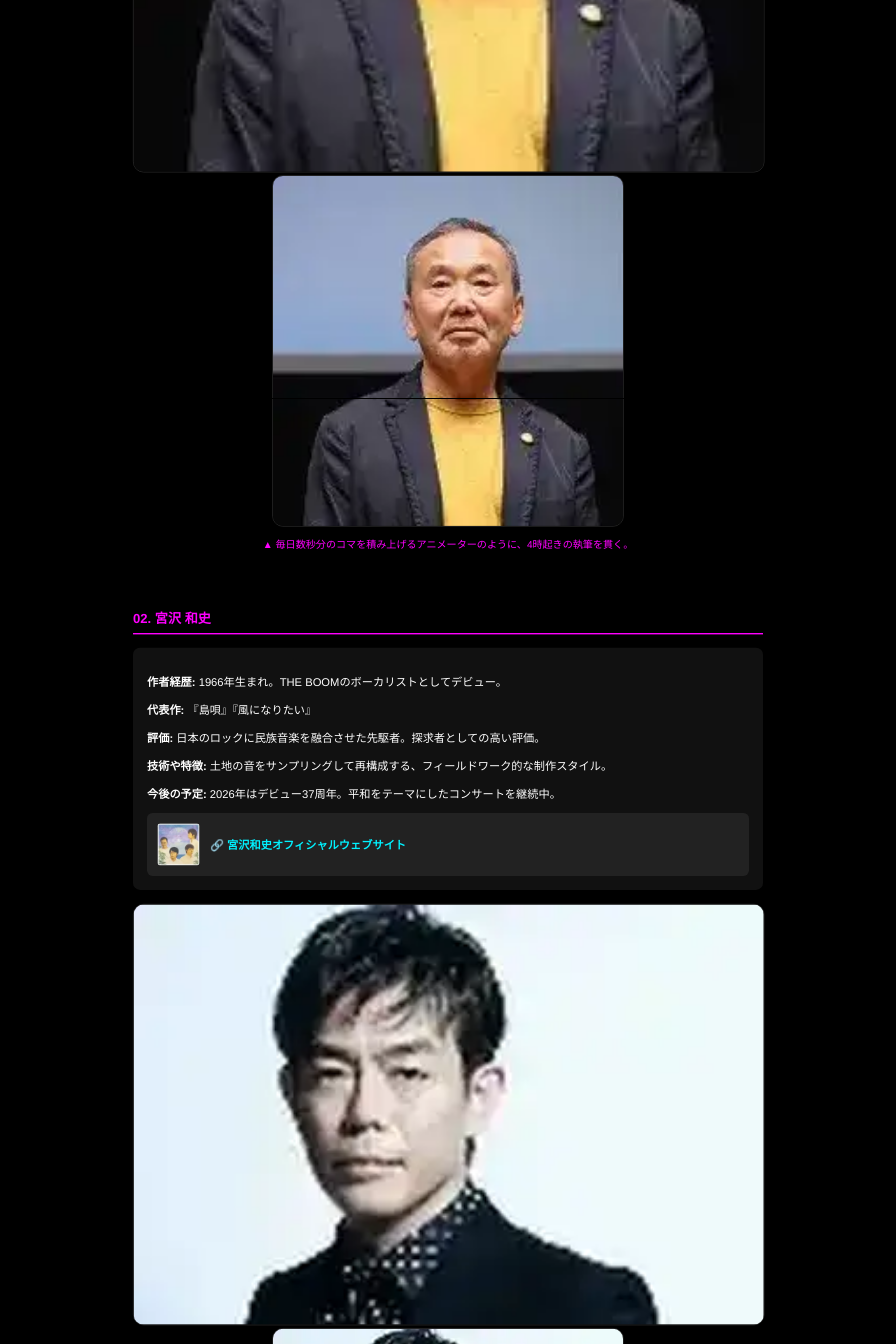
Repository: hamagoro/my-animation-site
Page: episodes/vol12.html
An editor plug-in stored every save of this project. The page is shown before and after the next save, followed by the edit.
The browser window is 1280 px wide. The pictures show the part of the page from y = 2336 to 4256 px (the page is 15620 px tall before and 12245 px after), at 70% of full size.

Above is the page before, as saved 2026-02-01 08:31:14.

### episodes/vol12.html
<!DOCTYPE html>
<html lang="ja">
<head>
    <meta charset="UTF-8">
    <meta name="viewport" content="width=device-width, initial-scale=1.0">

    <meta property="og:title" content="vol.12 ストップモーションの精神と通じる表現者たち">
    <meta property="og:description" content="村上春樹から村田沙也加まで。物質を刻み、命を偽造する『職人』たちの共通点。">
    <meta property="og:type" content="article">
    <meta property="og:url" content="https://hamagoro.github.io/my-animation-site/episodes/vol12.html">
    <meta property="og:image" content="https://hamagoro.github.io/my-animation-site/images/vol12/main-visual.webp">
    <meta property="og:site_name" content="ストップモーションアニメ通信">
    <link rel="icon" href="../images/logo2.webp" type="image/webp">

    <title>vol.12 表現者たちのコマ撮り精神 - ストップモーションアニメ通信</title>
    <link rel="stylesheet" href="../style.css">
</head>
<body style="background-color: #000; color: #fff;">

    <header class="main-header">
        <img src="../images/logo.webp" alt="The Animeda! Project" class="header-logo">
        <h1 class="header-title">ストップモーションアニメ通信</h1>
        <p class="header-subtitle">物質と魂が交差する、1fpsのアーカイブ</p>
    </header>

    <nav style="padding: 10px; display: flex; justify-content: space-between; font-weight: bold; max-width: 900px; margin: 0 auto; border-bottom: 1px solid #333; font-size: 0.8rem;">
        <a href="../index.html" style="color: #00f2ff; text-decoration: none;">← BACK TO INDEX</a>
        <div>
            <a href="vol11.html" style="color: #ff00ff; text-decoration: none; margin-right: 10px; white-space: nowrap;">← 前のVol.11へ</a>
            <a href="vol13.html" style="color: #ff00ff; text-decoration: none; white-space: nowrap;">次のVol.13へ →</a>
        </div>
    </nav>

    <article class="episode-container" style="max-width: 900px; margin: 0 auto; padding: 40px; text-align: left;">

        <header class="episode-header" style="margin-bottom: 60px;">
            <p style="color: #ff00ff; margin-bottom: 5px; font-weight: bold;">Vol.12 / The Creators' Spirit Special</p>
            <h2 style="font-size: 2.5rem; border-left: 8px solid #00f2ff; padding-left: 20px; line-height: 1.2; text-shadow: 0 0 10px rgba(0,242,255,0.5);">
                ストップモーションの精神と<br>通じる表現者たち
            </h2>
            <p class="date" style="margin-top: 15px; color: #888;">2026.01.25 UP</p>
        </header>

    <div style="margin-bottom: 40px; padding: 20px; background: #111; border-radius: 10px; font-size: 0.9rem; color: #ccc; line-height: 1.6; border: 1px solid #00f2ff;">
        <p style="margin: 0;"><strong>収録人物：</strong><br>
        【日本】村上春樹、宮沢和史、の子、マキシマムザ亮君、平田オリザ、宇多丸<br>
        【アメリカ】ウディ・アレン</p>
    </div>

        <section class="top-link-area" style="margin-bottom: 70px; padding: 30px; background: #1a1a1a; border-radius: 15px; border: 2px solid #ff00ff; box-shadow: 0 0 20px rgba(255, 0, 255, 0.2);">
            <h3 style="color: #ff00ff; margin-top: 0;">🤖 Gemini Analysis：共通する「コマ撮り」的狂気</h3>
            <p style="line-height: 1.8; color: #ccc;">
                今回選ばれた表現者たちに共通するのは、<strong>「時間の解体と再構築」</strong>への偏執的なこだわりです。1秒間に24回の静止を積み重ねるストップモーションのように、彼らは日常の断片を細かく刻み、独自の理論と手触りをもって、新しい「命」を吹き込みます。
            </p>
        </section>

        <section style="margin-bottom: 80px;">
            <h3 style="color: #00f2ff; border-bottom: 2px solid #00f2ff; padding-bottom: 10px;">01. 村上 春樹</h3>
            <div style="background: #111; padding: 20px; border-radius: 10px; margin-bottom: 20px;">
                <p><strong>作者経歴:</strong> 1949年生まれ。早稲田大学卒、ジャズ喫茶経営を経てデビュー。</p>
                <p><strong>代表作:</strong> 『ノルウェイの森』『1Q84』『海辺のカフカ』</p>
                <p><strong>評価:</strong> 世界で最も著名な現代日本作家の一人。ノーベル文学賞候補の常連。</p>
                <p><strong>技術や特徴:</strong> 規則正しい生活ルーチンによる執筆。現実と非現実が混ざり合う「マジックリアリズム」。</p>
                <p><strong>今後の予定:</strong> 新たな中編小説の翻訳やエッセイ集の出版が期待されています。</p>
                <a href="https://www.shinchosha.co.jp/harukimurakami/" target="_blank" style="display: flex; align-items: center; gap: 15px; text-decoration: none; background: #222; padding: 15px; border-radius: 8px; margin-top: 15px;">
                    <img src="../images/vol12/murakami1.webp" alt="thumb" style="width: 60px; height: 60px; object-fit: cover; border-radius: 4px;">
                    <span style="color: #00f2ff; font-weight: bold;">🔗 村上春樹 | 新潮社公式サイト</span>
                </a>
            </div>
            <div style="text-align: center;">
                <a href="https://www.shinchosha.co.jp/harukimurakami/" target="_blank">
                    <img src="../images/vol12/murakami.webp" alt="Haruki Murakami" style="width: 100%; border-radius: 15px; border: 1px solid #333;">
                    <img src="../images/vol12/murakami.webp" alt="Haruki Murakami" style="width: 100%; max-width: 500px; border-radius: 15px; border: 1px solid #333;">
                </a>
                <p style="font-size: 0.9rem; color: #ff00ff; margin-top: 10px;">▲ 毎日数秒分のコマを積み上げるアニメーターのように、4時起きの執筆を貫く。</p>
            </div>
        </section>

        <section style="margin-bottom: 80px;">
            <h3 style="color: #ff00ff; border-bottom: 2px solid #ff00ff; padding-bottom: 10px;">02. 宮沢 和史</h3>
            <div style="background: #111; padding: 20px; border-radius: 10px; margin-bottom: 20px;">
                <p><strong>作者経歴:</strong> 1966年生まれ。THE BOOMのボーカリストとしてデビュー。</p>
                <p><strong>代表作:</strong> 『島唄』『風になりたい』</p>
                <p><strong>評価:</strong> 日本のロックに民族音楽を融合させた先駆者。探求者としての高い評価。</p>
                <p><strong>技術や特徴:</strong> 土地の音をサンプリングして再構成する、フィールドワーク的な制作スタイル。</p>
                <p><strong>今後の予定:</strong> 2026年はデビュー37周年。平和をテーマにしたコンサートを継続中。</p>
                <a href="https://www.miyazawa-kazufumi.jp/" target="_blank" style="display: flex; align-items: center; gap: 15px; text-decoration: none; background: #222; padding: 15px; border-radius: 8px; margin-top: 15px;">
                    <img src="../images/vol12/miyazawa1.webp" alt="thumb" style="width: 60px; height: 60px; object-fit: cover; border-radius: 4px;">
                    <span style="color: #00f2ff; font-weight: bold;">🔗 宮沢和史オフィシャルウェブサイト</span>
                </a>
            </div>
            <div style="text-align: center;">
                <a href="https://www.miyazawa-kazufumi.jp/" target="_blank">
                    <img src="../images/vol12/miyazawa.webp" alt="Kazufumi Miyazawa" style="width: 100%; border-radius: 15px; border: 1px solid #333;">
                    <img src="../images/vol12/miyazawa.webp" alt="Kazufumi Miyazawa" style="width: 100%; max-width: 500px; border-radius: 15px; border: 1px solid #333;">
                </a>
                <p style="font-size: 0.9rem; color: #00f2ff; margin-top: 10px;">▲ 伝統的な「素材」に、新しいリズムという「動き」を宿らせる職人。</p>
            </div>
        </section>

        <section style="margin-bottom: 80px;">
            <h3 style="color: #00f2ff; border-bottom: 2px solid #00f2ff; padding-bottom: 10px;">03. ウディ・アレン</h3>
            <div style="background: #111; padding: 20px; border-radius: 10px; margin-bottom: 20px;">
                <p><strong>作者経歴:</strong> 1935年生まれ。コメディライターを経て映画監督へ。</p>
                <p><strong>代表作:</strong> 『アニー・ホール』『ミッドナイト・イン・パリ』</p>
                <p><strong>評価:</strong> 知的なユーモアと神経症的なキャラクター描写の巨匠。</p>
                <p><strong>技術や特徴:</strong> 毎年1本映画を撮り続ける多作さ。アナログな質感へのこだわり。</p>
                <p><strong>今後の予定:</strong> 引退説を否定しつつ、欧州での新作製作を模索中。</p>
                <a href="https://www.woodyallen.com/" target="_blank" style="display: flex; align-items: center; gap: 15px; text-decoration: none; background: #222; padding: 15px; border-radius: 8px; margin-top: 15px;">
                    <img src="../images/vol12/woody1.webp" alt="thumb" style="width: 60px; height: 60px; object-fit: cover; border-radius: 4px;">
                    <span style="color: #00f2ff; font-weight: bold;">🔗 Woody Allen Official Website</span>
                </a>
            </div>
            <div style="text-align: center;">
                <a href="https://www.woodyallen.com/" target="_blank">
                    <img src="../images/vol12/woody.webp" alt="Woody Allen" style="width: 100%; border-radius: 15px; border: 1px solid #333;">
                    <img src="../images/vol12/woody.webp" alt="Woody Allen" style="width: 100%; max-width: 500px; border-radius: 15px; border: 1px solid #333;">
                </a>
                <p style="font-size: 0.9rem; color: #ff00ff; margin-top: 10px;">▲ 街の風景を自身の妄想で「実写」として再構築する、ストップモーション的な統治力。</p>
            </div>
        </section>

        <section style="margin-bottom: 80px;">
            <h3 style="color: #ff00ff; border-bottom: 2px solid #ff00ff; padding-bottom: 10px;">04. の子</h3>
            <div style="background: #111; padding: 20px; border-radius: 10px; margin-bottom: 20px;">
                <p><strong>作者経歴:</strong> 千葉県出身。ニコニコ動画等でカルト的な人気を博し、2008年結成。</p>
                <p><strong>代表作:</strong> 『ロックンロールは鳴り止まないっ』『僕の戦争』</p>
                <p><strong>評価:</strong> ネット世代のカリスマ。衝動と繊細さが共存する表現力。</p>
                <p><strong>技術や特徴:</strong> 宅録と自作PVによるDIY精神。ノイズの美学。</p>
                <p><strong>今後の予定:</strong> ライブ配信を軸とした神出鬼没な活動を展開予定。</p>
                <div style="display: flex; flex-direction: column; gap: 10px; margin-top: 15px;">
                    <a href="https://shinseikamattechan.jp/" target="_blank" style="display: flex; align-items: center; gap: 15px; text-decoration: none; background: #222; padding: 15px; border-radius: 8px;">
                        <img src="../images/vol12/noko1.webp" alt="thumb" style="width: 60px; height: 60px; object-fit: cover; border-radius: 4px;">
                        <span style="color: #00f2ff; font-weight: bold;">🔗 神聖かまってちゃん オフィシャルサイト</span>
                    </a>
                    <a href="https://www.youtube.com/@shinseikamattechan" target="_blank" style="display: flex; align-items: center; gap: 15px; text-decoration: none; background: #222; padding: 15px; border-radius: 8px;">
                        <img src="../images/vol12/noko2.webp" alt="thumb" style="width: 60px; height: 60px; object-fit: cover; border-radius: 4px;">
                        <span style="color: #00f2ff; font-weight: bold;">🔗 神聖かまってちゃん | YouTube Official</span>
                    </a>
                    <a href="https://www.youtube.com/playlist?list=PLWgVECs_eNA6Zj9bQaFwRxPMbpbWAleFs" target="_blank" style="display: flex; align-items: center; gap: 15px; text-decoration: none; background: #222; padding: 15px; border-radius: 8px;">
                        <img src="../images/vol12/noko3.webp" alt="thumb" style="width: 60px; height: 60px; object-fit: cover; border-radius: 4px;">
                        <span style="color: #00f2ff; font-weight: bold;">🔗 YouTubeプレイリスト：ライブ映像集</span>
                    </a>
                    <a href="https://www.youtube.com/playlist?list=PLWgVECs_eNA53GV0CV9d9uzcqQiW4m1GX" target="_blank" style="display: flex; align-items: center; gap: 15px; text-decoration: none; background: #222; padding: 15px; border-radius: 8px;">
                        <img src="../images/vol12/noko4.webp" alt="thumb" style="width: 60px; height: 60px; object-fit: cover; border-radius: 4px;">
                        <span style="color: #00f2ff; font-weight: bold;">🔗 YouTubeプレイリスト：Music Videos</span>
                    </a>
                </div>
            </div>
            <div style="text-align: center;">
                <a href="https://shinseikamattechan.jp/" target="_blank">
                    <img src="../images/vol12/noko.webp" alt="Noko" style="width: 100%; border-radius: 15px; border: 1px solid #333;">
                    <img src="../images/vol12/noko.webp" alt="Noko" style="width: 100%; max-width: 500px; border-radius: 15px; border: 1px solid #333;">
                </a>
                <p style="font-size: 0.9rem; color: #00f2ff; margin-top: 10px;">▲ 部屋にあるものすべてを「具材」にするDIY精神。ガラクタに命を吹き込む行為。</p>
            </div>
        </section>

        <section style="margin-bottom: 80px;">
            <h3 style="color: #00f2ff; border-bottom: 2px solid #00f2ff; padding-bottom: 10px;">05. マキシマムザ亮君</h3>
            <div style="background: #111; padding: 20px; border-radius: 10px; margin-bottom: 20px;">
                <p><strong>作者経歴:</strong> マキシマム ザ ホルモンの全ての楽曲を手掛ける司令塔。</p>
                <p><strong>代表作:</strong> 『恋のメガラバ』『予襲復讐』</p>
                <p><strong>評価:</strong> 徹底したセルフプロデュース力と、複雑な仕掛けを持つ楽曲構成。</p>
                <p><strong>技術や特徴:</strong> 歌詞カードの注釈まで含めたトータルアート。音と視覚の完全同期。</p>
                <p><strong>今後の予定:</strong> 2026年、新曲と共に新たな「体験型」企画を準備中。</p>
                <div style="display: flex; flex-direction: column; gap: 10px; margin-top: 15px;">
                    <a href="https://www.55mth.com/" target="_blank" style="display: flex; align-items: center; gap: 15px; text-decoration: none; background: #222; padding: 15px; border-radius: 8px;">
                        <img src="../images/vol12/ryokun1.webp" alt="thumb" style="width: 60px; height: 60px; object-fit: cover; border-radius: 4px;">
                        <span style="color: #00f2ff; font-weight: bold;">🔗 マキシマム ザ ホルモン Official Site</span>
                    </a>
                    <a href="https://www.youtube.com/@MTHOFFICIAL" target="_blank" style="display: flex; align-items: center; gap: 15px; text-decoration: none; background: #222; padding: 15px; border-radius: 8px;">
                        <img src="../images/vol12/ryokun2.webp" alt="thumb" style="width: 60px; height: 60px; object-fit: cover; border-radius: 4px;">
                        <span style="color: #00f2ff; font-weight: bold;">🔗 マキシマム ザ ホルモン | YouTube Official</span>
                    </a>
                </div>
            </div>
            <div style="text-align: center;">
                <a href="https://www.55mth.com/" target="_blank">
                    <img src="../images/vol12/ryokun.webp" alt="Maximum the Ryo-kun" style="width: 100%; border-radius: 15px; border: 1px solid #333;">
                    <img src="../images/vol12/ryokun.webp" alt="Maximum the Ryo-kun" style="width: 100%; max-width: 500px; border-radius: 15px; border: 1px solid #333;">
                </a>
                <p style="font-size: 0.9rem; color: #ff00ff; margin-top: 10px;">▲ 全てのコマに隠し味を仕込むような執念。彼の脳内は常にコマ撮り状態。</p>
            </div>
        </section>

        <section style="margin-bottom: 80px;">
            <h3 style="color: #ff00ff; border-bottom: 2px solid #ff00ff; padding-bottom: 10px;">06. 平田 オリザ</h3>
            <div style="background: #111; padding: 20px; border-radius: 10px; margin-bottom: 20px;">
                <p><strong>作者経歴:</strong> 1962年生まれ。劇団「青年団」主宰。</p>
                <p><strong>代表作:</strong> 『東京ノート』『さよならだけが人生か』</p>
                <p><strong>評価:</strong> 「現代口語演劇理論」を確立。日本演劇界の構造を書き換えた。</p>
                <p><strong>技術や特徴:</strong> 微細な「間」や「言い淀み」を楽譜のように指示する緻密な演出。</p>
                <p><strong>今後の予定:</strong> 豊岡市（兵庫県）を拠点とした教育・芸術活動を加速。</p>
                <a href="http://www.seinendan.org/" target="_blank" style="display: flex; align-items: center; gap: 15px; text-decoration: none; background: #222; padding: 15px; border-radius: 8px; margin-top: 15px;">
                    <img src="../images/vol12/oriza1.webp" alt="thumb" style="width: 60px; height: 60px; object-fit: cover; border-radius: 4px;">
                    <span style="color: #00f2ff; font-weight: bold;">🔗 青年団公式ホームページ</span>
                </a>
            </div>
            <div style="text-align: center;">
                <a href="http://www.seinendan.org/" target="_blank">
                    <img src="../images/vol12/oriza.webp" alt="Oriza Hirata" style="width: 100%; border-radius: 15px; border: 1px solid #333;">
                    <img src="../images/vol12/oriza.webp" alt="Oriza Hirata" style="width: 100%; max-width: 500px; border-radius: 15px; border: 1px solid #333;">
                </a>
                <p style="font-size: 0.9rem; color: #00f2ff; margin-top: 10px;">▲ 「0.1秒の間」を調整する演出は、ストップモーションのタイミング調整そのもの。</p>
            </div>
        </section>

        <section style="margin-bottom: 80px;">
            <h3 style="color: #00f2ff; border-bottom: 2px solid #00f2ff; padding-bottom: 10px;">07. 宇多丸</h3>
            <div style="background: #111; padding: 20px; border-radius: 10px; margin-bottom: 20px;">
                <p><strong>作者経歴:</strong> 1969年生まれ。RHYMESTERのラッパーであり、映画評論家。</p>
                <p><strong>代表作:</strong> 『B-BOYイズム』、ラジオ番組『アフター6ジャンクション 2』</p>
                <p><strong>評価:</strong> ポップカルチャーへの深い洞察と、構造的な批評眼による信頼感。</p>
                <p><strong>技術や特徴:</strong> 歴史的文脈を重んじ、それを現代のスキルで構築するアーカイブ能力。</p>
                <p><strong>今後の予定:</strong> ラジオと音楽を通じ、文化を「コマ送り」で分析し続けます。</p>
                <a href="https://www.rhymester.jp/" target="_blank" style="display: flex; align-items: center; gap: 15px; text-decoration: none; background: #222; padding: 15px; border-radius: 8px; margin-top: 15px;">
                    <img src="../images/vol12/utamaru2.webp" alt="thumb" style="width: 60px; height: 60px; object-fit: cover; border-radius: 4px;">
                    <span style="color: #00f2ff; font-weight: bold;">🔗 RHYMESTER Official Site</span>
                </a>
            </div>
            <div style="text-align: center;">
                <a href="https://www.rhymester.jp/" target="_blank">
                    <img src="../images/vol12/utamaru.webp" alt="Utamaru" style="width: 100%; border-radius: 15px; border: 1px solid #333;">
                    <img src="../images/vol12/utamaru.webp" alt="Utamaru" style="width: 100%; max-width: 500px; border-radius: 15px; border: 1px solid #333;">
                </a>
                <p style="font-size: 0.9rem; color: #ff00ff; margin-top: 10px;">▲ 1カットを徹底的に分解するその視点は、静止画の連続性を愛する者の眼差し。</p>
            </div>
        </section>

        <section style="margin: 60px 0; padding: 30px; background: #1a1a1a; border-radius: 20px; border: 1px dashed #00f2ff;">
            <h4 style="margin: 0; color: #00f2ff; font-size: 1.4rem;">🔍 Animeda! 視点：静止画の集積が「意志」になる</h4>
            <p style="font-size: 1rem; margin-top: 15px; line-height: 2; color: #ccc;">
                ストップモーションは、1コマ（静止）という「死」を繋ぎ合わせて「生」を作る作業。村上春樹のルーチン、宇多丸の批評、亮君の注釈……それらもまた、膨大な「静止した思考」の集積です。AIが滑らかに正解を導き出す時代だからこそ、この職人的な「カクつき」と「執念」に、私たちは人間らしさを感じるのかもしれません。
            </p>
        </section>

    </article>

    <nav style="padding: 40px 10px; display: flex; justify-content: space-between; font-weight: bold; max-width: 900px; margin: 0 auto; border-top: 1px solid #333; font-size: 0.8rem;">
        <a href="../index.html" style="color: #00f2ff; text-decoration: none;">← BACK TO INDEX</a>
        <div>
            <a href="vol11.html" style="color: #ff00ff; text-decoration: none; margin-right: 10px; white-space: nowrap;">← 前のVol.11へ</a>
            <a href="vol13.html" style="color: #ff00ff; text-decoration: none; white-space: nowrap;">次のVol.13へ →</a>
        </div>
    </nav>

    <footer class="main-footer" style="padding: 80px 20px; text-align: center; border-top: 4px solid #ff00ff; background: #000;">
        <img src="../images/logo.webp" alt="Logo" class="footer-logo" style="max-width: 180px; margin-bottom: 20px;">
        <p class="footer-credit" style="color: #00f2ff; font-weight: 900;">© 2026 The Animeda! Project</p>
    </footer>

</body>
</html>

Loaded but not shown: style.css (70 lines, source omitted)

After the next save:
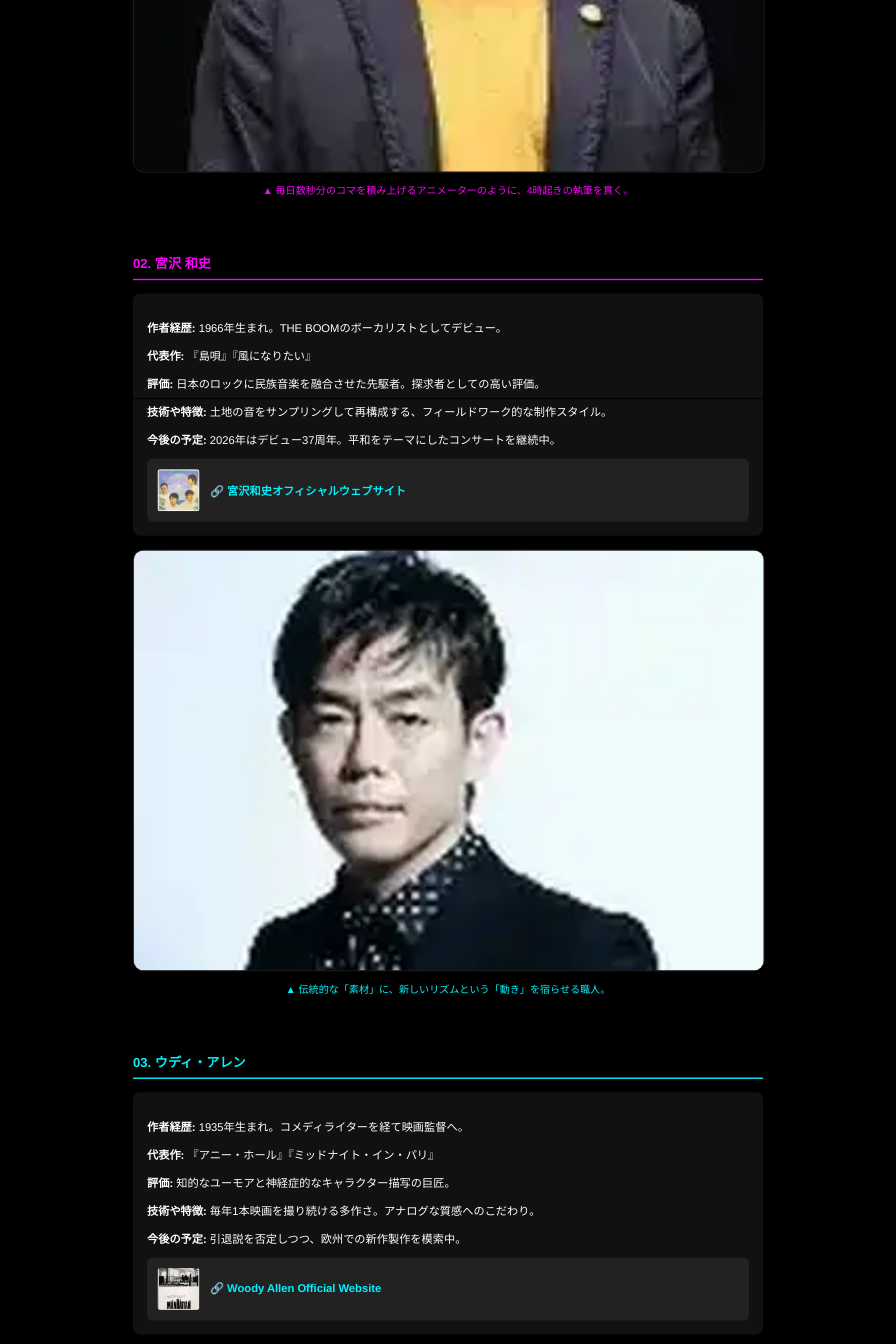
Saved 3 min 28 s later.
--- a/episodes/vol12.html
+++ b/episodes/vol12.html
@@ -70,7 +70,6 @@
             <div style="text-align: center;">
                 <a href="https://www.shinchosha.co.jp/harukimurakami/" target="_blank">
                     <img src="../images/vol12/murakami.webp" alt="Haruki Murakami" style="width: 100%; border-radius: 15px; border: 1px solid #333;">
-                    <img src="../images/vol12/murakami.webp" alt="Haruki Murakami" style="width: 100%; max-width: 500px; border-radius: 15px; border: 1px solid #333;">
                 </a>
                 <p style="font-size: 0.9rem; color: #ff00ff; margin-top: 10px;">▲ 毎日数秒分のコマを積み上げるアニメーターのように、4時起きの執筆を貫く。</p>
             </div>
@@ -92,7 +91,6 @@
             <div style="text-align: center;">
                 <a href="https://www.miyazawa-kazufumi.jp/" target="_blank">
                     <img src="../images/vol12/miyazawa.webp" alt="Kazufumi Miyazawa" style="width: 100%; border-radius: 15px; border: 1px solid #333;">
-                    <img src="../images/vol12/miyazawa.webp" alt="Kazufumi Miyazawa" style="width: 100%; max-width: 500px; border-radius: 15px; border: 1px solid #333;">
                 </a>
                 <p style="font-size: 0.9rem; color: #00f2ff; margin-top: 10px;">▲ 伝統的な「素材」に、新しいリズムという「動き」を宿らせる職人。</p>
             </div>
@@ -114,7 +112,6 @@
             <div style="text-align: center;">
                 <a href="https://www.woodyallen.com/" target="_blank">
                     <img src="../images/vol12/woody.webp" alt="Woody Allen" style="width: 100%; border-radius: 15px; border: 1px solid #333;">
-                    <img src="../images/vol12/woody.webp" alt="Woody Allen" style="width: 100%; max-width: 500px; border-radius: 15px; border: 1px solid #333;">
                 </a>
                 <p style="font-size: 0.9rem; color: #ff00ff; margin-top: 10px;">▲ 街の風景を自身の妄想で「実写」として再構築する、ストップモーション的な統治力。</p>
             </div>
@@ -150,7 +147,6 @@
             <div style="text-align: center;">
                 <a href="https://shinseikamattechan.jp/" target="_blank">
                     <img src="../images/vol12/noko.webp" alt="Noko" style="width: 100%; border-radius: 15px; border: 1px solid #333;">
-                    <img src="../images/vol12/noko.webp" alt="Noko" style="width: 100%; max-width: 500px; border-radius: 15px; border: 1px solid #333;">
                 </a>
                 <p style="font-size: 0.9rem; color: #00f2ff; margin-top: 10px;">▲ 部屋にあるものすべてを「具材」にするDIY精神。ガラクタに命を吹き込む行為。</p>
             </div>
@@ -178,7 +174,6 @@
             <div style="text-align: center;">
                 <a href="https://www.55mth.com/" target="_blank">
                     <img src="../images/vol12/ryokun.webp" alt="Maximum the Ryo-kun" style="width: 100%; border-radius: 15px; border: 1px solid #333;">
-                    <img src="../images/vol12/ryokun.webp" alt="Maximum the Ryo-kun" style="width: 100%; max-width: 500px; border-radius: 15px; border: 1px solid #333;">
                 </a>
                 <p style="font-size: 0.9rem; color: #ff00ff; margin-top: 10px;">▲ 全てのコマに隠し味を仕込むような執念。彼の脳内は常にコマ撮り状態。</p>
             </div>
@@ -200,7 +195,6 @@
             <div style="text-align: center;">
                 <a href="http://www.seinendan.org/" target="_blank">
                     <img src="../images/vol12/oriza.webp" alt="Oriza Hirata" style="width: 100%; border-radius: 15px; border: 1px solid #333;">
-                    <img src="../images/vol12/oriza.webp" alt="Oriza Hirata" style="width: 100%; max-width: 500px; border-radius: 15px; border: 1px solid #333;">
                 </a>
                 <p style="font-size: 0.9rem; color: #00f2ff; margin-top: 10px;">▲ 「0.1秒の間」を調整する演出は、ストップモーションのタイミング調整そのもの。</p>
             </div>
@@ -222,7 +216,6 @@
             <div style="text-align: center;">
                 <a href="https://www.rhymester.jp/" target="_blank">
                     <img src="../images/vol12/utamaru.webp" alt="Utamaru" style="width: 100%; border-radius: 15px; border: 1px solid #333;">
-                    <img src="../images/vol12/utamaru.webp" alt="Utamaru" style="width: 100%; max-width: 500px; border-radius: 15px; border: 1px solid #333;">
                 </a>
                 <p style="font-size: 0.9rem; color: #ff00ff; margin-top: 10px;">▲ 1カットを徹底的に分解するその視点は、静止画の連続性を愛する者の眼差し。</p>
             </div>
